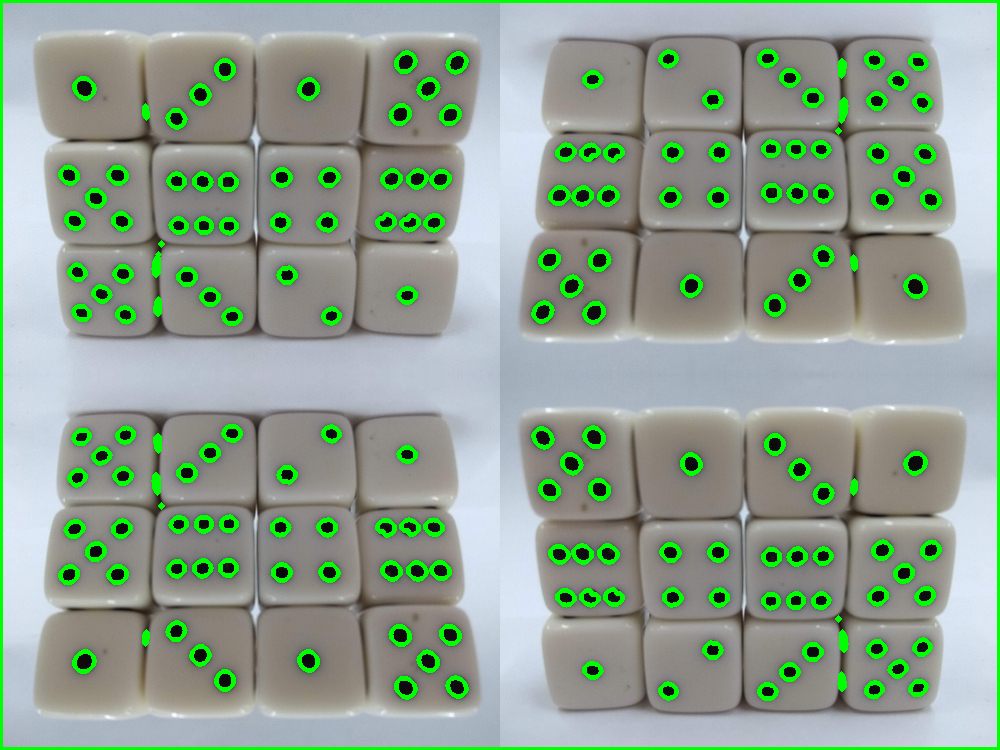
Repository: kaiofbgarcia/OpenCV
Script's output: python Dados/dadosPilha2.py
An editor plug-in stored every save of this project. The script's output is shown before and after the next save, followed by the edit.
Random numbers start from a fixed seed. It also reads Dados/imgDados/dadosPilha2.jpg.

Above is the script's output before, as saved 2022-07-01 17:29:02.

### Dados/dadosPilha2.py
import cv2
from cv2 import THRESH_BINARY
from cv2 import erode
import numpy as np
from numpy import binary_repr

imagem = cv2.imread("imgDados/dadosPilha2.jpg")          # Carregar a imagem
gray = cv2.cvtColor(imagem, cv2.COLOR_BGR2GRAY)     # GrayScale
blur = cv2.blur(gray,(3,3))                       # Blur ###############

ret,binary = cv2.threshold(blur , 30 ,255, cv2.THRESH_BINARY)         # Binarização ################
ret1,binary1 = cv2.threshold(binary,127,255,cv2.THRESH_BINARY_INV)   # Inverter a Binarização

kernel = np.ones((5,5), np.uint8)                   # Erosão
erosion = cv2.erode(binary, kernel, iterations=1)  # Erosão
dilation = cv2.dilate(erosion, kernel, iterations=1)

contours, hierarchy = cv2.findContours(dilation, cv2.RETR_TREE, cv2.CHAIN_APPROX_SIMPLE) # Procura os Objetos
cont = len(contours)                                                                     # Conta os Objetos

cv2.drawContours(imagem, contours, -1, (0,255,0), 3)

print("Resultado dos dados: ", cont)

cv2.imshow("Dilatation", imagem)

cv2.waitKey(0)

After the next save:
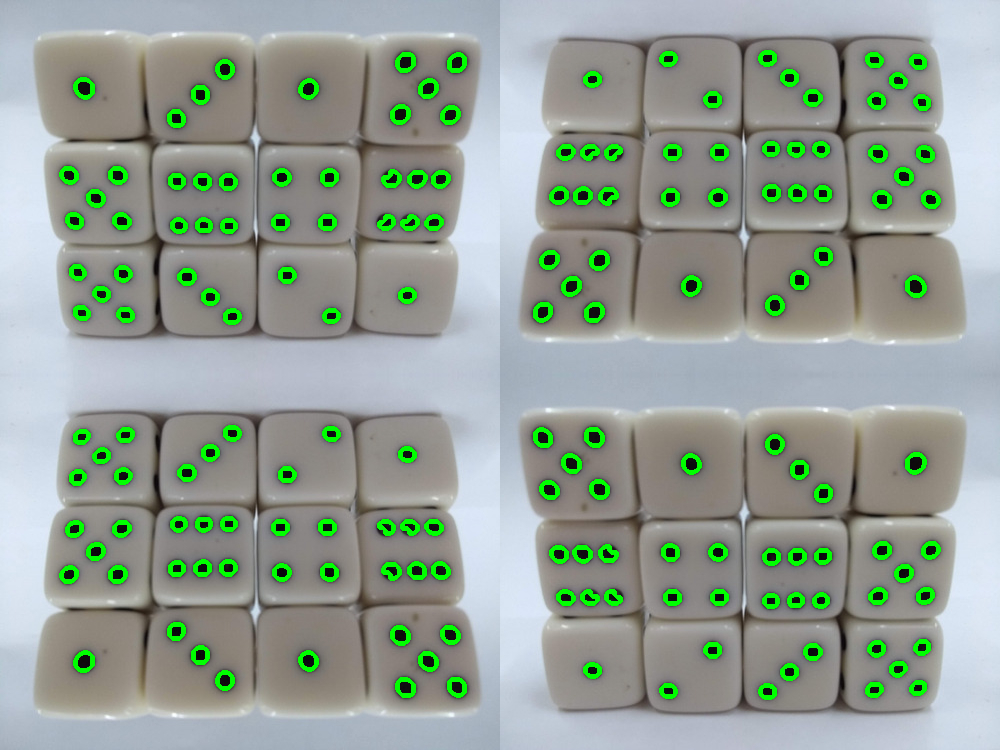
Saved 10 s later.
--- a/Dados/dadosPilha2.py
+++ b/Dados/dadosPilha2.py
@@ -12,7 +12,7 @@
 ret1,binary1 = cv2.threshold(binary,127,255,cv2.THRESH_BINARY_INV)   # Inverter a Binarização
 
 kernel = np.ones((5,5), np.uint8)                   # Erosão
-erosion = cv2.erode(binary, kernel, iterations=1)  # Erosão
+erosion = cv2.erode(binary1, kernel, iterations=1)  # Erosão
 dilation = cv2.dilate(erosion, kernel, iterations=1)
 
 contours, hierarchy = cv2.findContours(dilation, cv2.RETR_TREE, cv2.CHAIN_APPROX_SIMPLE) # Procura os Objetos

After the save that followed:
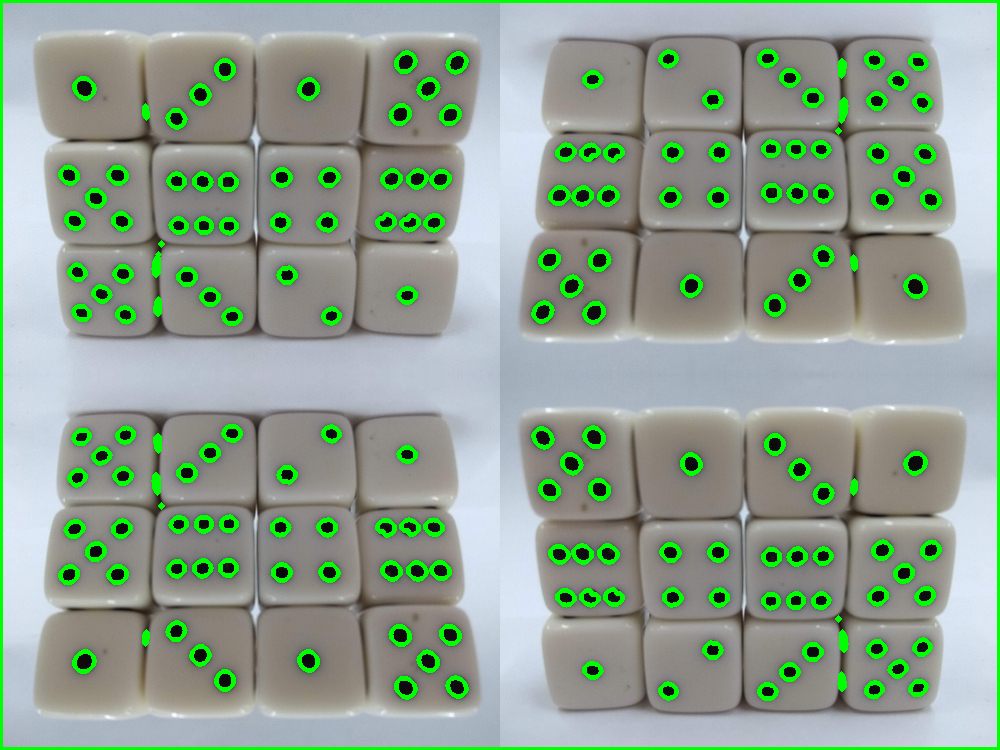
Saved 13 s later.
--- a/Dados/dadosPilha2.py
+++ b/Dados/dadosPilha2.py
@@ -12,7 +12,7 @@
 ret1,binary1 = cv2.threshold(binary,127,255,cv2.THRESH_BINARY_INV)   # Inverter a Binarização
 
 kernel = np.ones((5,5), np.uint8)                   # Erosão
-erosion = cv2.erode(binary1, kernel, iterations=1)  # Erosão
+erosion = cv2.erode(binary, kernel, iterations=1)  # Erosão
 dilation = cv2.dilate(erosion, kernel, iterations=1)
 
 contours, hierarchy = cv2.findContours(dilation, cv2.RETR_TREE, cv2.CHAIN_APPROX_SIMPLE) # Procura os Objetos
